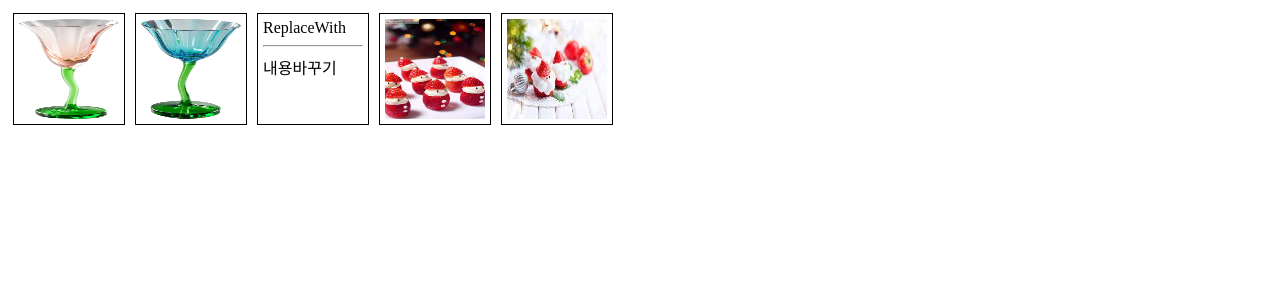
Repository: KangSuA/JSP
Page: webApp/src/main/webapp/jquery/jq07_object.html
The author's editor kept a copy of each file at every save. The page is drawn from the files as they stood at one save, then again after the next save.
The browser window is 1280 px wide. The pictures show the whole page.

Above is the page before, as saved 2023-02-14 08:22:44.

### webApp/src/main/webapp/jquery/jq07_object.html
<!DOCTYPE html>
<html>
<head>
<meta charset="UTF-8">
<title>Insert title here</title>
<script src="https://cdnjs.cloudflare.com/ajax/libs/jquery/3.6.3/jquery.min.js" ></script>
<style>
	ul,li{list-style-type:none; margin:0; padding:0;}
	li{float:left; width:100px; height:100px; margin:5px; padding:5px; border:1px solid black;}
	li>img{width:100%; height:100%;}
</style>
<script>
	$(function(){
		// before() : 선택자 이전에 객체 추가
		$('#img').before("<li id='s'><img src='../img/glass2.gif'/></li>");
		//insertBefore() : 선택자 이전에 객체 추가
		$("<li><img src='../img/glass3.gif'/></li>").insertBefore("#img");

		//append() : 선택자의 안에 마지막 객체로 추가    선택자.append(내용)
		//appendTo() : 선택자의 안에 마지막 객체로 추가  내용.appendTo(선택자)

		$('ul').append("<li><img src='../img/01.jfif'/></li>");
		$("<li><img src='../img/02.jfif'/></li>").appendTo('ul');

		/*setInterval(function(){
		$("li:first").appendTo('ul');
		},2000);*/ //움직이는 배너 만들기에 활용 가능

		//prepend() : 선택자의 제일 앞에 객체 추가   $(선택자).prepend(내용)
		//prependTo() : 선택자의 제일 앞에 객체 추가 $(내용).prependTo(선택자)

		//clone() : 선택자를 복사한다. - 한 번만 사용 가능
		var imgClone = $("#img").clone();

		//attr() : 태그의 속성을 얻어오거나 변경할 때 사용
		//prop() : 태그의 속성을 얻어오거나 변경할 때 사용
		imgClone.attr("id","img2");
		$('ul').prepend(imgClone);

		//empty() : 선택자의 내용만 지우기
		$('#img').empty();

		//remove() : 선택자와 내용을 지운다.
		$('#s').remove();

		//replaceWith() : 선택자의 객체를 다른 객체로 치환한다.  $(선택자).replaceWith(내용);
		//replaceAll() : 선택자의 객체를 다른 객체로 치환한다.   $(내용).replaceAll(선택자);

		$('#img').replaceWith("<li>ReplaceWith<hr/>내용바꾸기</li>");

	});
</script>
</head>
<body>
<ul>
	<li id="img"><img src="../img/glass1.gif"/></li>
</ul>
</body>
</html>

After the next save:
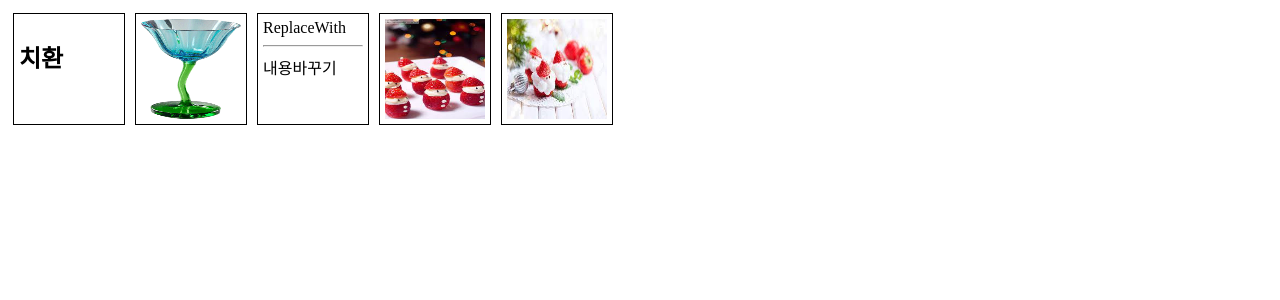
Saved 2 min 36 s later.
--- a/webApp/src/main/webapp/jquery/jq07_object.html
+++ b/webApp/src/main/webapp/jquery/jq07_object.html
@@ -47,6 +47,7 @@
 		//replaceAll() : 선택자의 객체를 다른 객체로 치환한다.   $(내용).replaceAll(선택자);
 
 		$('#img').replaceWith("<li>ReplaceWith<hr/>내용바꾸기</li>");
+		$("<li><h2>치환</h2></li>").replaceAll('#img2');
 
 	});
 </script>
